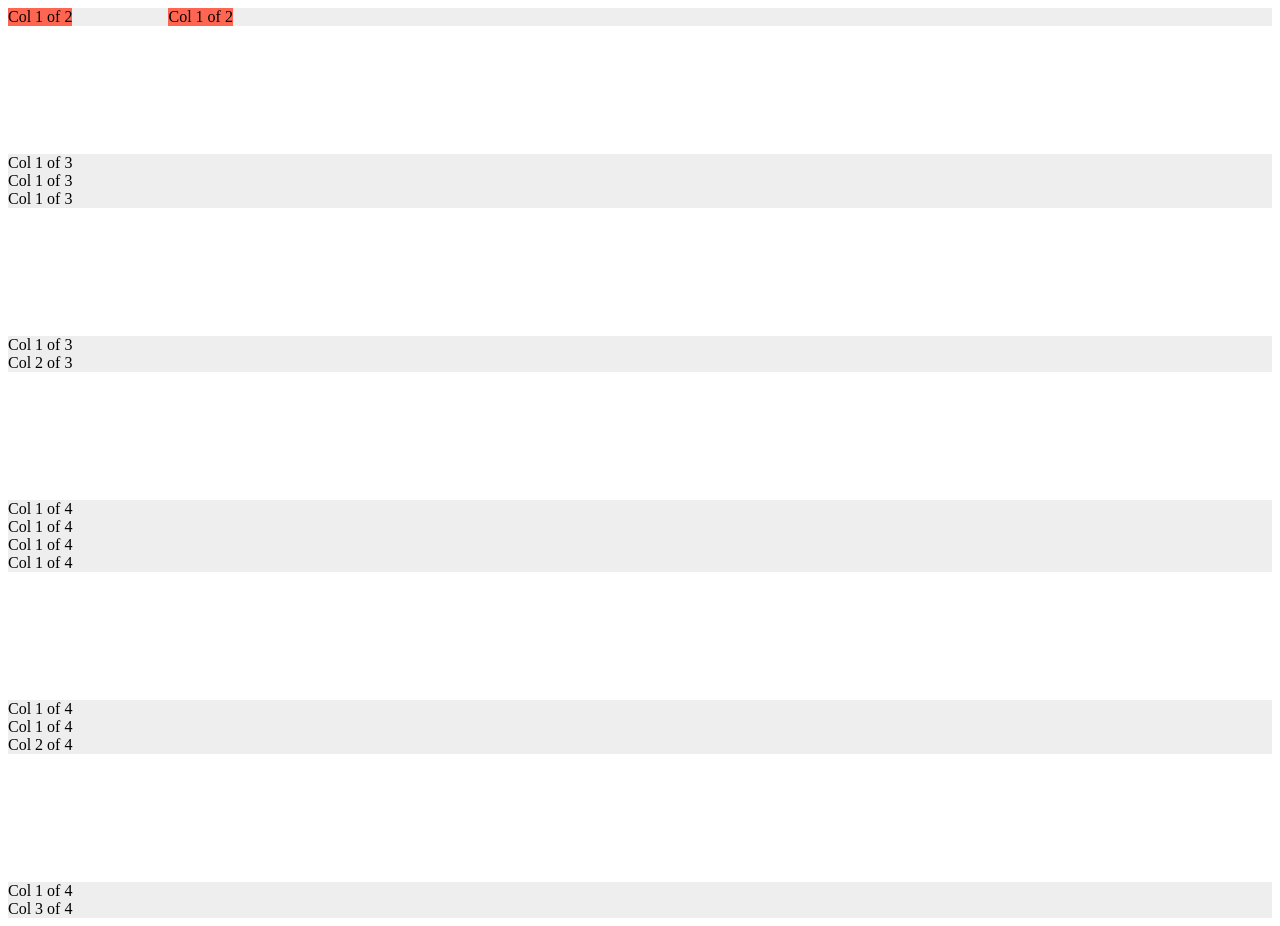
Repository: haokiet2501/grid-basic
Page: index.html
The author's editor kept a copy of each file at every save. The page is drawn from the files as they stood at one save, then again after the next save.
The browser window is 1280 px wide. The pictures show the whole page.

Above is the page before, as saved 2022-08-11 18:50:53.

After the next save:
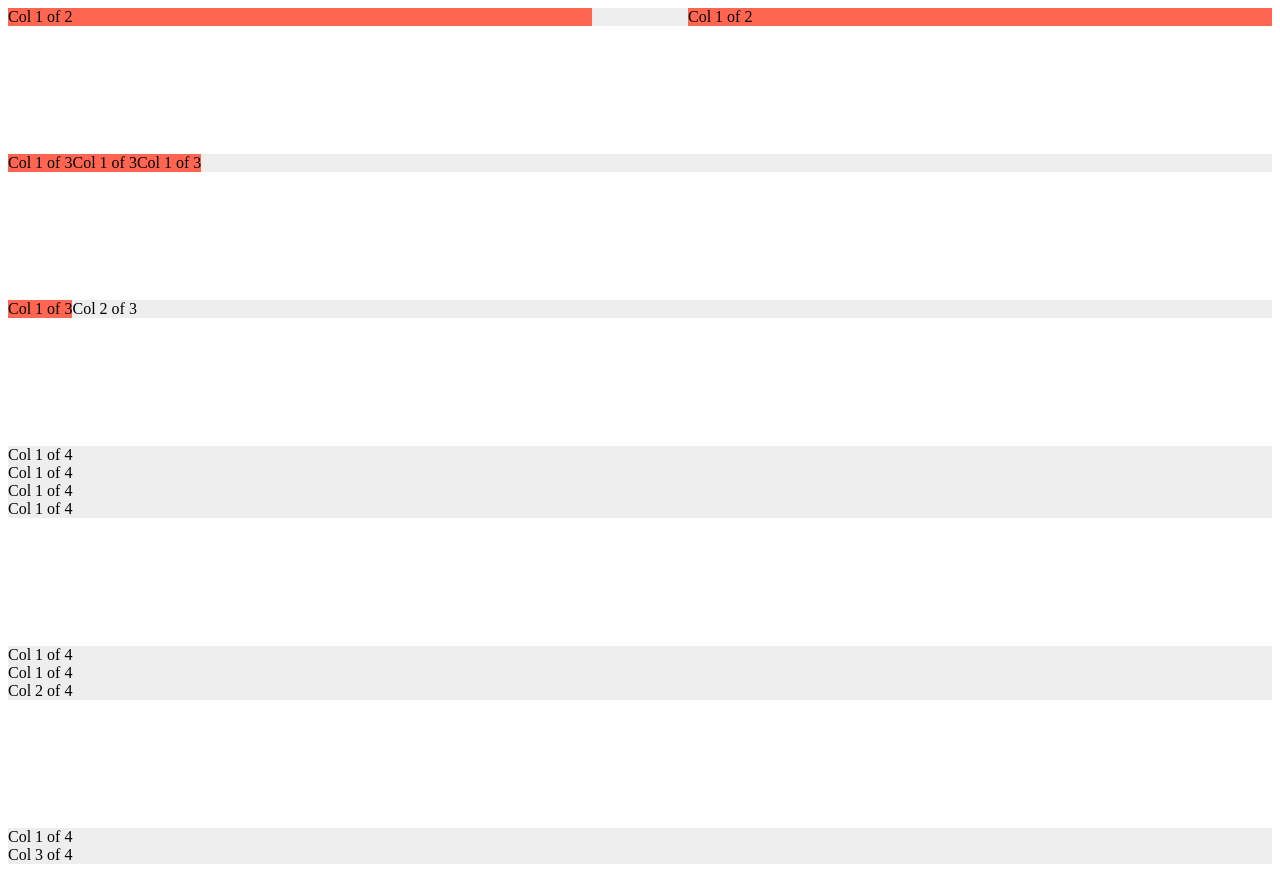
Saved 12 s later.
--- a/styles.css
+++ b/styles.css
@@ -26,7 +26,7 @@
     float: left;
 }
 
-.col-1-of-2 {
+.col-1-of-3 {
     width: calc((100% -2 * var(--gutter-horizonal)) / 3);
     background-color: #FF6651;
     float: left;
